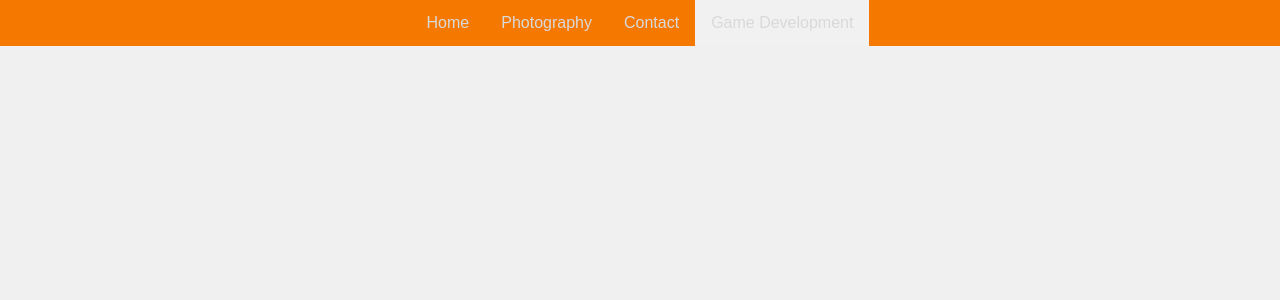
Repository: Argivist/ArgPortfolio
Page: blender/index.html
An editor plug-in stored every save of this project. The page is shown before and after the next save, followed by the edit.
The browser window is 1280 px wide. The pictures show the whole page.

Above is the page before, as saved 2025-03-28 16:10:18.

### blender/index.html
<!DOCTYPE html>
<html lang="en">

<head>
    <meta charset="UTF-8">
    <meta name="viewport" content="width=device-width, initial-scale=1.0">
    <link rel="stylesheet" href="../css/styles.css">
    <link rel="stylesheet" href="../css/nav.css">
    <link rel="stylesheet" href="../css/blender.css">


    <title>Hutton Amison-Addy</title>

    <style>
        body{
            background-color: #f0f0f0;
            font-family: 'Arial', sans-serif;
        }
    </style>
</head>

<body>
    <nav>
        <ul>
            <li class="nav-content"><a href="../../index.html">Home</a></li>
            <li class="nav-content"><a href="https://www.instagram.com/theworldinoneseye/">Photography</a></li>

            <li class="dropdown nav-content">
                <a href="contact.html">Contact</a>
                <ul class="dropdown-content">
                    <li><a href="https://www.linkedin.com/in/hutton-amison-addy-7b1b3b1b1/">LinkedIn</a></li>
                    <li><a href="https://www.github.com/Argivist">GitHub</a></li>
                    <li><a href="mailto:hutton.amison@ashesi.edu.gh">hutton.amison@ashesi.edu.gh</a></li>
                    <li><a href="mailto:huttonaaddy.public@gmail.com">huttonaaddy.public@gmail.com</a></li>
                </ul>
            </li>

            <li class="dropdown nav-content active">
                <a href="#">Game Development</a>
                <ul class="dropdown-content">
                    <li><a href="../game/index.html">Game Development Projects</a></li>
                    <li class=" "><a href="">Blender</a></li>
                </ul>
            </li>
        </ul>
    </nav>
    <div class="padding">
    </div>
        <div class="overlay">

        </div>



</body>

</html>

### css/styles.css
body{
    height: 100%;
    margin: 0;
    padding: 0;
}

### css/nav.css
/* 1. Define default variables in :root */


/* NAV Content and Dropdown */
.nav-content {
    position: relative;
    display: inline-block;
}

.dropdown {
    position: relative; /* For proper absolute positioning of its child */
    display: inline-block;
}

.dropdown:hover .dropdown-content {
    display: block;
}

.dropdown-content {
    display: none;
    position: absolute; /* This makes it overlay other elements without affecting layout */
    background-color: var(--dropdown-bg);
    min-width: 160px;
    box-shadow: 0px 8px 16px 0px rgba(0,0,0,0.2);
    z-index: 1;
}

/* Nav Stylisation */
nav {
    background-color: var(--nav-bg);
    position: fixed;
    top: 0;
    left: 0;
    width: 100vw;
    z-index: 100;
    display: flex;
    justify-content: center;  /* Centers the nav content horizontally */
    align-items: center;      /* Vertically centers items */
    margin: 0;
    color: var(--nav-link-color);
}

/* Reserve space for the fixed navbar */
.padding {
    height: 35px;  /* Adjust this value to match your navbar's height */
    top: 0;
    left: 0;
    width: 100%;
    bottom: 0;
}

/* Nav List Styles */
nav ul {
    list-style-type: none;
    margin: 0;
    padding: 0;
    display: flex;
}

nav ul li {
    display: inline-block;
    margin: 0;
    text-align: center;
    /* If you want each <li> to match nav’s background: */
    background-color: var(--nav-bg);
}

/* Nav Links */
nav ul li a {
    display: block;
    color: var(--nav-link-color);
    text-align: center;
    padding: 14px 16px;
    text-decoration: none;
}

nav ul li a:hover {
    background-color: var(--nav-link-hover-bg);
}

/* Optional: Ensure dropdown list items take full width */
.dropdown ul li {
    width: 100%;
}

/* Active link styling */
.active {
    background-color: var(--active-bg);
    color: var(--nav-link-color);
}

### css/blender.css
:root {
    --nav-bg: #f57900;           /* Blender's dark gray background */
    --nav-link-color: #d9d9d9;   /* Light gray text for contrast */
    --nav-link-hover-bg: #3d3d3d; /* Slightly lighter gray on hover */
    --dropdown-bg: #2c2c2c;      /* Dark dropdown background */
    --active-bg: #f1f1f1;        /* Blender's signature orange */
    --border-color: #555;        /* Subtle border color */
    --text-color: #333;          /* Dark gray text */
    --nav
}

After the next save:
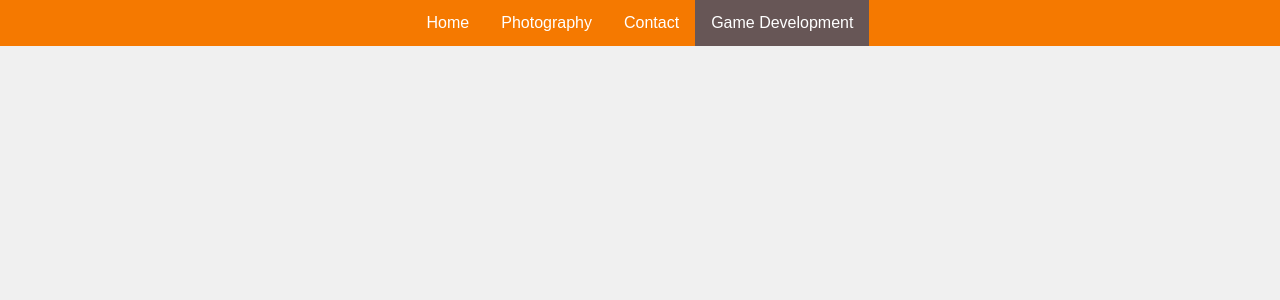
Saved 24 s later.
--- a/css/blender.css
+++ b/css/blender.css
@@ -6,5 +6,8 @@
     --active-bg: #f1f1f1;        /* Blender's signature orange */
     --border-color: #555;        /* Subtle border color */
     --text-color: #333;          /* Dark gray text */
-    --nav
+    --nav-link-color: #fff;      /* Light gray text for contrast */
+    --nav-link-hover-bg: #111;   /* Slightly lighter gray on hover */
+    --dropdown-bg: #f9f9f9;      /* Light gray dropdown background */
+    --active-bg: #675656;        /* Dark gray active link background */
 }
